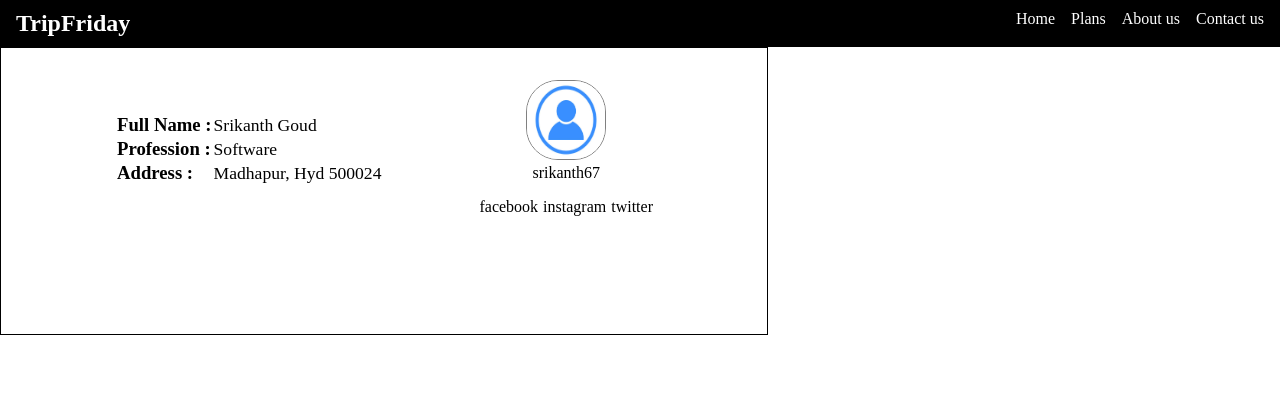
Repository: suraj-yadav7/userprofile
Page: /userdetails
The author's editor kept a copy of each file at every save. The page is drawn from the files as they stood at one save, then again after the next save.
The browser window is 1280 px wide. The pictures show the whole page.
The project was rebuilt for these pictures with package versions that can differ from the ones it lists, and the page was loaded fresh each time. Also part of the build but not shown: src/components/UserProfile.jsx.

Above is the page before, as saved 2023-05-04 12:00:07.

### src/App.js
import './App.scss';
import UserProfile from './components/UserProfile';
import UserDetails from './components/UserDetails';
import { BrowserRouter as Router, Routes, Route } from 'react-router-dom';
import Header from './components/Header';


function App() {
  return (
    <>
    <Router>
      <Header />
      <Routes>
        <Route exact path='/' element={<UserProfile/>} />
        <Route exact path='/userdetails' element={<UserDetails/> } />
      </Routes>
    </Router>
    </>
  );
}

export default App;

### src/App.scss
*{
padding: 0;
margin: 0;
box-sizing: border-box;
}
nav{
    display: flex;
    justify-content:space-between;
    padding: 10px 1rem;
    background-color: black;
    color: white;
    >div>ul{
        display: flex;
        list-style: none;
        gap: 1rem;
    }
}

### src/components/UserDetails.jsx
import React from 'react'
import "../assests/userDetails.scss"
import usericon from"../assests/usericon.jpg"

const UserDetails = () => {
  return (
  <>
 <div className='details'>
  <div className='sub1'>
<table>
  <tr>
    <td><h3>Full Name :  </h3></td>
    <td><p> Srikanth Goud</p> </td>
  </tr>
  <tr>
    <td><h3>Profession :  </h3></td>
    <td><p> Software </p> </td>
  </tr>
  <tr>
    <td><h3>Address :</h3></td>
    <td><p>Madhapur, Hyd 500024</p> </td>
  </tr>
</table>

  </div>
  <div className='sub2'>
    <img src={usericon} alt="userimage"></img>
    <p>srikanth67</p>
    <div className='socialMedia'>
      <p>facebook</p>
      <p>instagram</p>
      <p>twitter</p>
    </div>
  </div>
 </div>
  </>
  )
}

export default UserDetails

### src/components/Header.jsx
import React from 'react'

const Header = () => {
  return (
  <>
  <nav>
<h1>TripFriday</h1>
<div>
    <ul>
        <li>Home</li>
        <li>Plans</li>
        <li>About us</li>
        <li>Contact us</li>
    </ul>
</div>
</nav>
  </>
  )
}

export default Header

### src/assests/userProfile.scss
@import "./color.scss";

nav{
    display: flex;
    justify-content:space-between;
    padding: 10px 1rem;
    background-color: black;
    color: white;
    >div>ul{
        display: flex;
        list-style: none;
        gap: 1rem;
    }
}

### src/assests/userDetails.scss
@import "./color.scss";

.details{
    display: flex;
    gap: 6rem;
    border: 1px solid black;
    width: 60vw;
    height: 40vh;
    padding: 2rem;
    justify-content: center;

    >.sub1{
        padding: 2rem 0;
        p{
            font-size: 1.1rem;
        }
    }

    >.sub2 {
        text-align: center;
    >img{
        width: 5rem;
        height: 5rem;
        border: 1px solid grey;
        border-radius: 2rem;
    }

    >div{
        margin: 1rem 0;
        display: flex;
        gap: 5px;
        align-items: center;
    }
}
}

### src/assests/color.scss
$primary-color: #0f171e;
$secondary-color: #1a242f;
$font-primary:#ffff;
$font-secondary: #79b8f3;

Loaded but not shown: public/index.html (common file); src/index.js (common file)

After the next save:
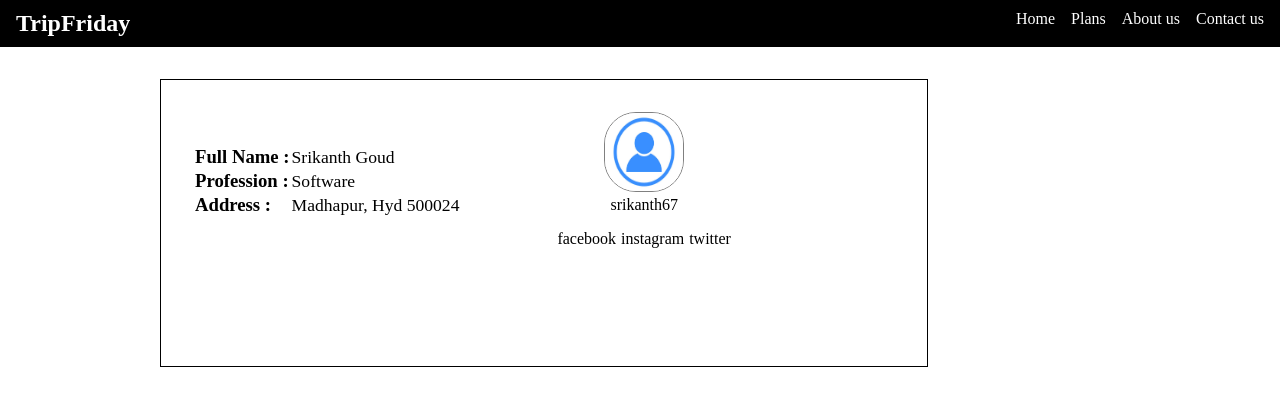
Saved 26 s later.
--- a/src/assests/userDetails.scss
+++ b/src/assests/userDetails.scss
@@ -7,8 +7,7 @@
     width: 60vw;
     height: 40vh;
     padding: 2rem;
-    justify-content: center;
-
+    margin: 2rem 10rem;
     >.sub1{
         padding: 2rem 0;
         p{
